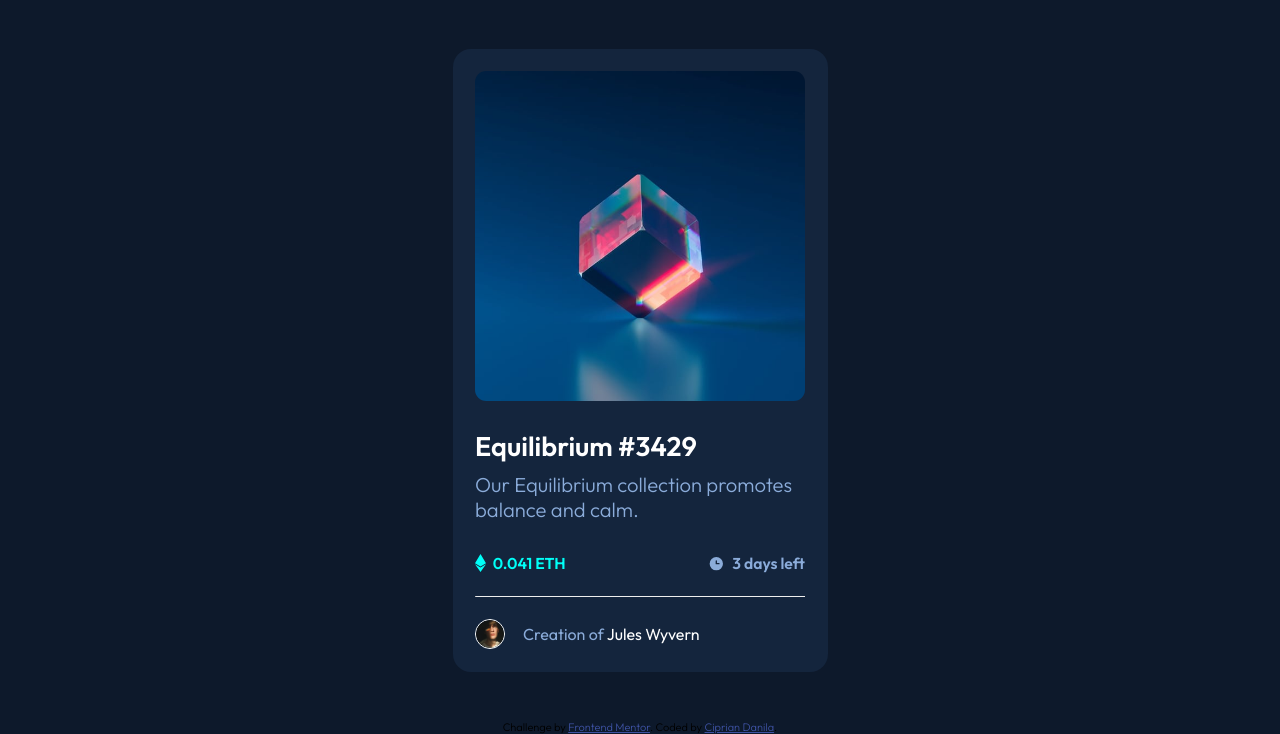
Repository: cipdanila/NFT-preview-card-component
Page: index.html
The author's editor kept a copy of each file at every save. The page is drawn from the files as they stood at one save, then again after the next save.
The browser window is 1280 px wide. The pictures show the whole page.

Above is the page before, as saved 2024-01-31 17:50:36.

### index.html
<!DOCTYPE html>
<html lang="en">
    <head>
        <meta charset="UTF-8" />
        <meta name="viewport" content="width=device-width, initial-scale=1.0" />
        <!-- displays site properly based on user's device -->

        <link rel="icon" type="image/png" sizes="32x32" href="./images/favicon-32x32.png" />
        <link rel="stylesheet" href="style.css" />
        <title>Frontend Mentor | NFT preview card component</title>
    </head>
    <body>
        <main>
            <div class="card">
                <div class="image-card">
                    <img src="/images/image-equilibrium.jpg" alt="cube-equilibrium" />
                </div>
                <div class="text-card">
                    <h1 id="title">Equilibrium #3429</h1>
                    <p id="description">Our Equilibrium collection promotes balance and calm.</p>
                    <div class="price-time">
                        <div class="price">
                            <img src="/images/icon-ethereum.svg" alt="ethereum" />
                            <p class="ethereum">0.041 ETH</p>
                        </div>
                        <div class="time">
                            <img src="/images/icon-clock.svg" alt="clock" />
                            <p class="clock">3 days left</p>
                        </div>
                    </div>
                    <hr />
                    <div class="owner">
                        <img src="/images/image-avatar.png" alt="avatar" />
                        <p>Creation of <span>Jules Wyvern</span></p>
                    </div>
                </div>
            </div>
        </main>

        <footer>
            <div class="attribution">
                Challenge by
                <a
                    href="https://www.frontendmentor.io/challenges/nft-preview-card-component-SbdUL_w0U"
                    target="_blank"
                    rel="noopener noreferer"
                    >Frontend Mentor</a
                >. Coded by <a href="https://github.com/cipdanila" target="_blank" rel="noopener noreferer">Ciprian Danila</a>.
            </div>
        </footer>
    </body>
</html>

### style.css
@import url("https://fonts.googleapis.com/css2?family=Outfit:wght@300;400;600&display=swap");

:root {
    /* Colors */
    /* Primary */
    --soft-blue: hsl(215, 51%, 70%); /* paragraph */
    --cyan: hsl(178, 100%, 50%); /* active states */
    /* Neutrals */
    --very-dark-blue-main: hsl(217, 54%, 11%); /* main background */
    --very-dark-blue-card: hsl(216, 50%, 16%); /* card background */
    --very-dark-blue-line: hsl(215, 32%, 27%); /* hr line */
    --white: hsl(0, 0%, 100%); /* title */
}

*, *::after, *::before {
    box-sizing: border-box;
    margin: 0;
    padding: 0;
}

body, html {
    height: 100%;
    font-family: "Outfit", sans-serif;
    font-size: 1.125rem;
    font-weight: 300;
    background-color: var(--very-dark-blue-main);
}

main {
    display: flex;
    justify-content: center;
    align-items: center;
    height: 100%;
}

.card {
    max-width: 375px;
    border-radius: 1rem;
    box-shadow: 0.5rem 0.5rem rgb(rgb(12, 23, 41));
    display: flex;
    flex-direction: column;
    justify-content: center;
    align-items: center;
    background-color: var(--very-dark-blue-card);
}

.image-card {
    text-align: center;
    padding: 1.25rem;
}

.image-card img {
    max-width: 100%;
    height: auto;
    border-radius: 0.625rem;
}

.text-card {
    padding: 0 1.25rem;
}


#title {
    color: var(--white);
    font-weight: 600;
    font-size: 1.5rem;
}

#description {
    color: var(--soft-blue);
    font-weight: 300;
    padding: 0.5rem 0;
}

.price-time {
    width: 100%;
    display: flex;
    justify-content: space-between;
    padding: 1.25rem 0;
    font-size: 0.875rem;
    font-weight: 600;
}

.price-time img {
    margin-right: 0.375rem;
}

.price {
    display: flex;
    align-items: center;
    color: var(--cyan);
}


.time {
    display: flex;
    align-items: center;
    color: var(--soft-blue);
}

.owner {
    display: flex;
    align-items: center;
    padding: 1.25rem 0;
    font-size: 16px;
    font-weight: 400;
    color: var(--soft-blue);
}

.owner img {
    width: 30px;
    border: 1px solid var(--white);
    border-radius: 50px;
    margin-right: 1rem;
}

span {
    color: var(--white);
}

hr {
    align-self: center;
    border-top: 1px var(--very-dark-blue-line);
}

.image-card, #title, span {
    cursor: pointer;
}

.attribution {
    font-size: 11px;
    text-align: center;
}
.attribution a {
    color: hsl(228, 45%, 44%);
}

After the next save:
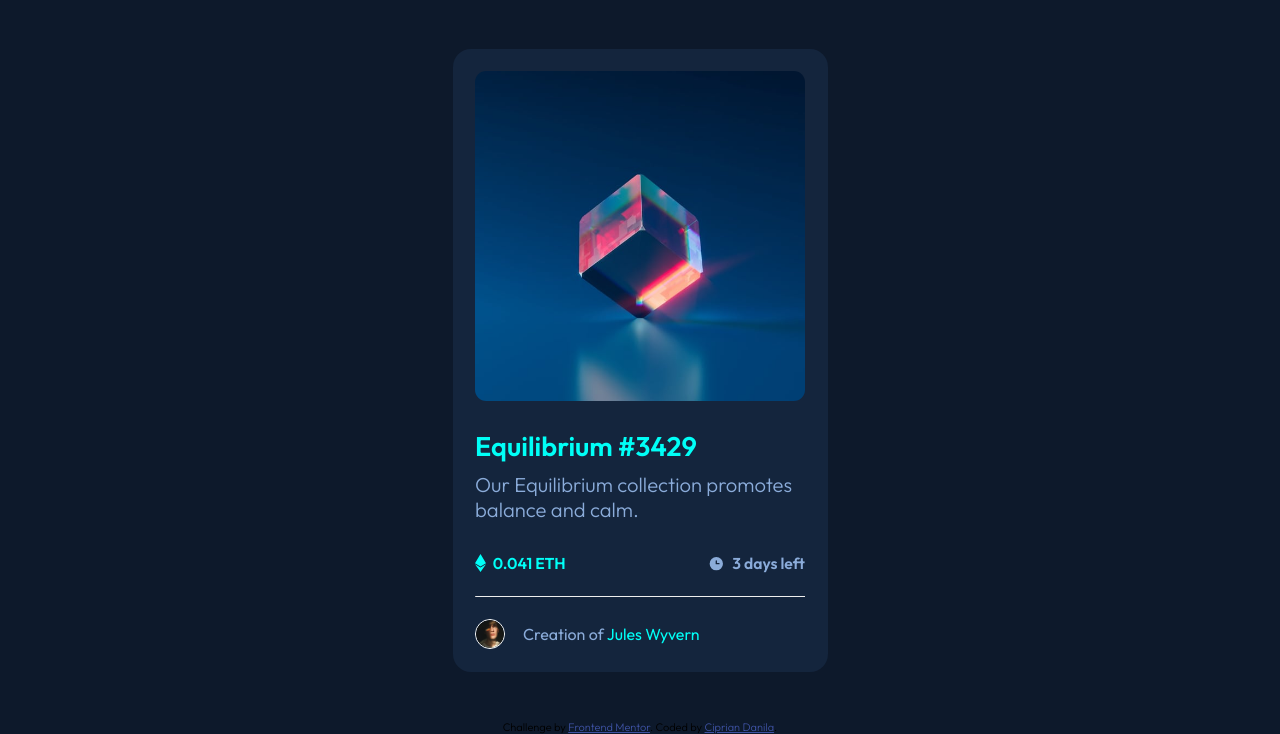
Saved 13 s later.
--- a/style.css
+++ b/style.css
@@ -125,6 +125,7 @@
 
 .image-card, #title, span {
     cursor: pointer;
+    color: var(--cyan);
 }
 
 .attribution {

After the save that followed:
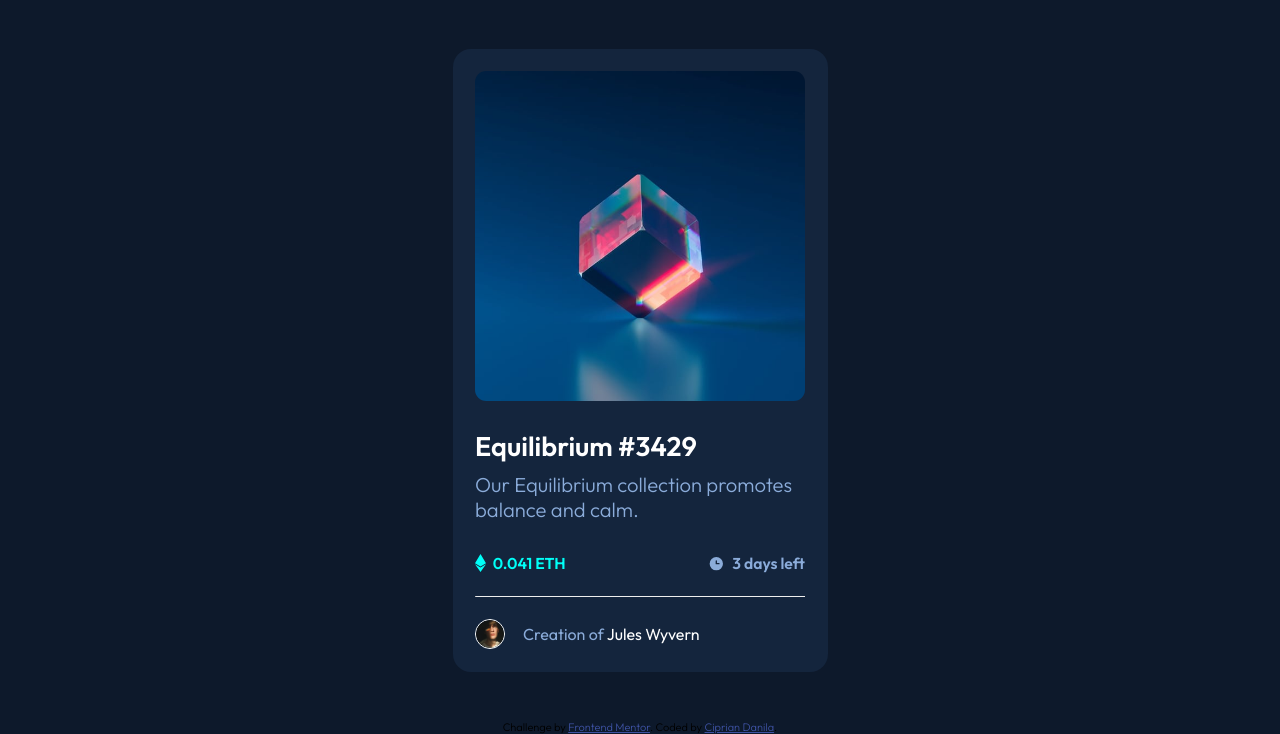
Saved 72 s later.
--- a/style.css
+++ b/style.css
@@ -123,7 +123,7 @@
     border-top: 1px var(--very-dark-blue-line);
 }
 
-.image-card, #title, span {
+.image-card:hover, #title:hover, span:hover {
     cursor: pointer;
     color: var(--cyan);
 }
